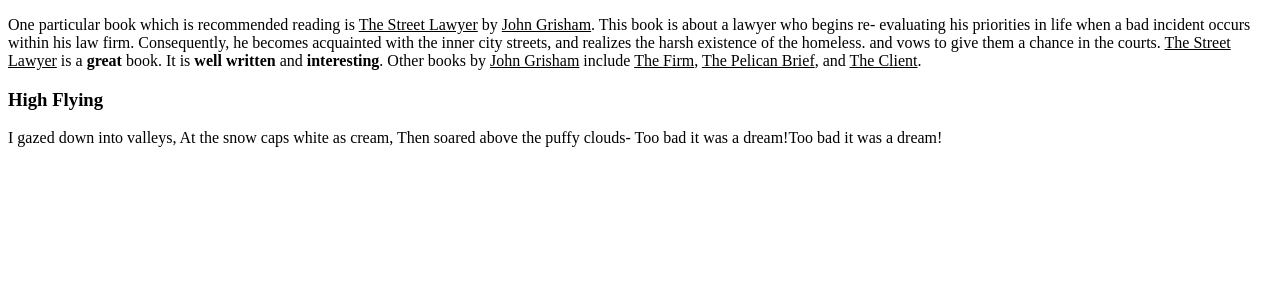
Repository: NguyenPhuSang21023391/HTCNWeb_T1-2
Page: TH_Tuan01/html/bai03.html
The author's editor kept a copy of each file at every save. The page is drawn from the files as they stood at one save, then again after the next save.
The browser window is 1280 px wide. The pictures show the whole page.

Above is the page before, as saved 2023-02-19 15:50:11.

After the next save:
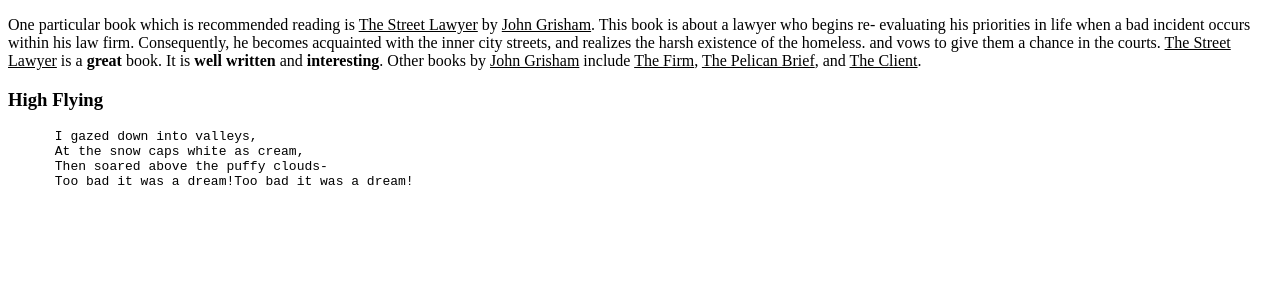
Saved 52 s later.
--- a/TH_Tuan01/html/bai03.html
+++ b/TH_Tuan01/html/bai03.html
@@ -21,9 +21,11 @@
     </p>
 
     <h3>High Flying</h3>
-    <p style="text-align: ">
-      I gazed down into valleys, At the snow caps white as cream, Then soared
-      above the puffy clouds- Too bad it was a dream!Too bad it was a dream!
-    </p>
+    <pre style="text-align: ">
+      I gazed down into valleys,
+      At the snow caps white as cream,
+      Then soared above the puffy clouds-
+      Too bad it was a dream!Too bad it was a dream!</pre
+    >
   </body>
 </html>
